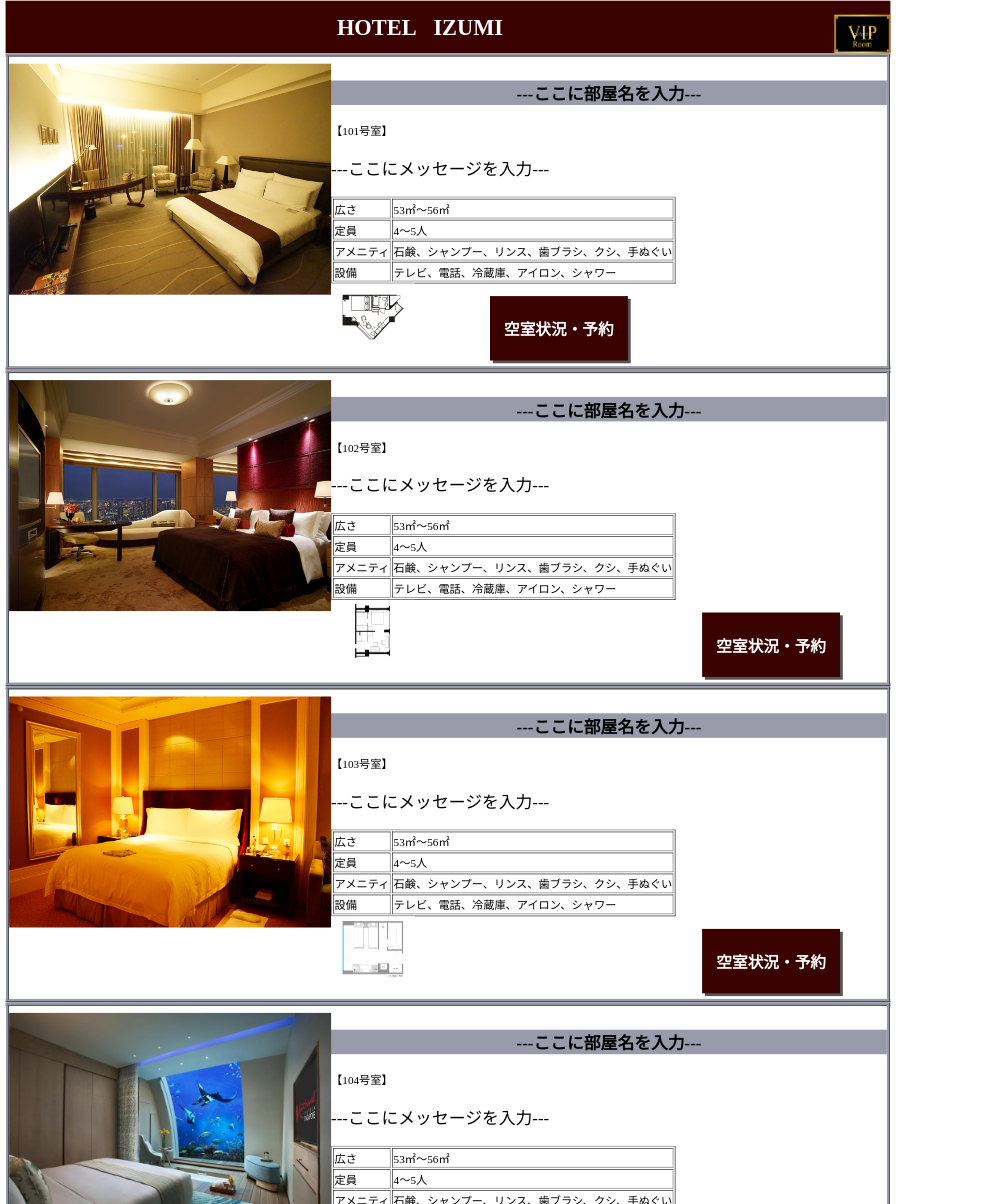
Repository: sep-dev/hotel_site
Page: http://localhost/HOTEL_IZUMI/vip
These files come from the project's save history. The page is drawn as it stood at one moment and after the next save; the edit follows.
The browser window is 1280 px wide. The page is 1413 px wide, so the pictures cover 1413 px, including what lies to the right of the window. The pictures show the part of the page from y = 0 to 1720 px (the page is 2458 px tall), at 70% of full size.
The page is served by Tomcat 9. Other server files are loaded and not shown.

Above is the page before, as saved 2016-05-26 00:37:43.

### HOTEL_IZUMI/src/main/webapp/WEB-INF/views/vip.jsp
<!DOCTYPE html>
<%@ page language="java" contentType="text/html; charset=UTF-8" pageEncoding="UTF-8"%>
<html>

<head>
<meta http-equiv="Content-type" content="text/html; charset=Shift_JIS">
<!-- <link href="<c:url value='/resources/css/style.css' />" rel="stylesheet">
<link rel="stylesheet" href="${pageContext.request.contextPath}/css/style.css"> -->
<style type="text/css"><%@include file="../css/style.css" %></style>
<title>VIPルーム</title>
</head>

<body>
<form>


<div id="header">
      <div id="header h1"><h1><a HREF="http://localhost:8080/Izumi/top" STYLE="text-decoration:none"><font color="#FFFFFF">HOTEL&nbsp;&nbsp;&nbsp;IZUMI</font></a><img id="img" src="./resources/image/vip.jpg" width="80" height="55" align="right"></h1></div>
    </div>




<div id="oneset">
<img src="./resources/image/vip1.jpg" width="460" height="330" align="left">
    <p id="name">---ここに部屋名を入力---</p>
        <p id="RoomNB">【101号室】</p>
        <p id="message">---ここにメッセージを入力---</p>
<table border="1">
<tr>
    <td>広さ</td>
    <td>53㎡～56㎡</td>
</tr>
<tr>
    <td>定員</td>
    <td>4～5人</td>
</tr>
<tr>
    <td>アメニティ</td>
    <td>石鹸、シャンプー、リンス、歯ブラシ、クシ、手ぬぐい</td>
</tr>
<tr>
    <td>設備</td>
    <td>テレビ、電話、冷蔵庫、アイロン、シャワー</td>
</tr>
</table>
<img id="img" src="./resources/image/vip1_1.jpg" width="120px" height="90px" align="left">
<br>
<button class="button2" type="submit" style="position: absolute; left: 700px;">空室状況・予約</button>
<br clear="all">
<br>
</div>

<div id="oneset">
<img src="./resources/image/vip2.jpg" width="460" height="330" align="left">
    <p id="name">---ここに部屋名を入力---</p>
        <p id="RoomNB">【102号室】</p>
        <p id="message">---ここにメッセージを入力---</p>
<table border>
<tr>
    <td>広さ</td>
    <td>53㎡～56㎡</td>
</tr>
<tr>
    <td>定員</td>
    <td>4～5人</td>
</tr>
<tr>
    <td>アメニティ</td>
    <td>石鹸、シャンプー、リンス、歯ブラシ、クシ、手ぬぐい</td>
</tr>
<tr>
    <td>設備</td>
    <td>テレビ、電話、冷蔵庫、アイロン、シャワー</td>
</tr>
</table>
<img id="img" src="./resources/image/vip2_2.jpg" width="120px" height="90px" align="left">
<br>
<button class="button2" type="submit" style="position: absolute; right: 80px;">空室状況・予約</button>
<br clear="all">
<br>
</div>

<div id="oneset">
<img src="./resources/image/vip3.jpg" width="460" height="330" align="left">
    <p id="name">---ここに部屋名を入力---</p>
        <p id="RoomNB">【103号室】</p>
        <p id="message">---ここにメッセージを入力---</p>
<table border>
<tr>
    <td>広さ</td>
    <td>53㎡～56㎡</td>
</tr>
<tr>
    <td>定員</td>
    <td>4～5人</td>
</tr>
<tr>
    <td>アメニティ</td>
    <td>石鹸、シャンプー、リンス、歯ブラシ、クシ、手ぬぐい</td>
</tr>
<tr>
    <td>設備</td>
    <td>テレビ、電話、冷蔵庫、アイロン、シャワー</td>
</tr>
</table>
<img id="img" src="./resources/image/vip3_3.jpg" width="120px" height="90px" align="left">
<br>
<button class="button2" type="submit" style="position: absolute; right: 80px;">空室状況・予約</button>
<br clear="all">
<br>
</div>

<div id="oneset">
<img src="./resources/image/vip4.jpg" width="460" height="330" align="left">
    <p id="name">---ここに部屋名を入力---</p>
        <p id="RoomNB">【104号室】</p>
        <p id="message">---ここにメッセージを入力---</p>
<table border>
<tr>
    <td>広さ</td>
    <td>53㎡～56㎡</td>
</tr>
<tr>
    <td>定員</td>
    <td>4～5人</td>
</tr>
<tr>
    <td>アメニティ</td>
    <td>石鹸、シャンプー、リンス、歯ブラシ、クシ、手ぬぐい</td>
</tr>
<tr>
    <td>設備</td>
    <td>テレビ、電話、冷蔵庫、アイロン、シャワー</td>
</tr>
</table>
<img id="img" src="./resources/image/vip4_4.jpg" width="120px" height="90px" align="left">
<br>
<button class="button2" type="submit" style="position: absolute; right: 80px;">空室状況・予約</button>
<br clear="all">
<br>
</div>

<div id="oneset">
<img src="./resources/image/vip5.jpg" width="460" height="330" align="left">
    <p id="name">---ここに部屋名を入力---</p>
        <p id="RoomNB">【105号室】</p>
        <p id="message">---ここにメッセージを入力---</p>
<table border>
<tr>
    <td>広さ</td>
    <td>53㎡～56㎡</td>
</tr>
<tr>
    <td>定員</td>
    <td>4～5人</td>
</tr>
<tr>
    <td>アメニティ</td>
    <td>石鹸、シャンプー、リンス、歯ブラシ、クシ、手ぬぐい</td>
</tr>
<tr>
    <td>設備</td>
    <td>テレビ、電話、冷蔵庫、アイロン、シャワー</td>
</tr>
</table>
<img id="img" src="./resources/image/vip5_5.jpg" width="120px" height="90px" align="left">
<br>
<button class="button2" type="submit" style="position: absolute; right: 80px;">空室状況・予約</button>
<br clear="all">
<br>
</div>

<div id="footer">
    <p id="copyright">Copyright &copy;<a href="http://hotelizumi.com">hotelizumi</a> All Rights Reserved.</p>
</div>
</form>
</body>
</html>

### HOTEL_IZUMI/src/main/webapp/WEB-INF/views/common/header.jsp
<%@ taglib uri="http://java.sun.com/jsp/jstl/core" prefix="c" %>
<%@ taglib prefix="form" uri="http://www.springframework.org/tags/form"%>
<%@page language="java" contentType="text/html; charset=UTF-8" pageEncoding="UTF-8"%>
<%@ page contentType="text/html; charset=UTF-8"%>

### HOTEL_IZUMI/src/main/webapp/WEB-INF/css/style.css
html{
    margin: 0;
    margin-top:-20px;
    padding: 0;
    width:100%;
    height:100%;
}
.top{
	display:block;
	margin-left:auto;
	margin-right:auto;
}

#contents {
    top : 0px;
    padding : 10px;
    margin : 10px;
    text-align : center;
}

#contents img{
    padding-bottom:10px;
}

#contents button {
    font-size: 1.4em;
    font-weight: bold;
    padding: 10px 30px;
    background-color: #200;
    color: #ffffff;
    border-style: none;
}

#table{
    border:0;
    background-color:#CCCCCC;
    font-size:24px;
    color:#666666;
    width:200px;
}

#table3{
    border:0;
    background-color:#CCCCCC;
    font-size:24px;
    color:#666666;
    width:200px;
}

/*--------calender----------*/
#Sunday{
    text-align:center;
    width:200;
    height:40;
    background-color:#C7D8ED;
    color:#FF3300;
    padding:15px;
}
#MonFri{
    text-align:center;
    width:200;
    background-color:#C7D8ED;
    color:#666666;
    padding:15px;
}
#Saturday{
    text-align:center;
    width:200;
    background-color:#C7D8ED;
    color:#666666;
    padding:15px;
}
#Saturday2{
    text-align:center;
    width:200;
    background-color:#A6C0E1;
    color:#666666;
}
#Sunday2{
    text-align:center;
    height:40;
    background-color:#FFCC99;
    color:#666666;
}
#Weekday{
    text-align:center;
    background-color:#FFFFFF;
    color:#666666;
    width:200;
}
#publicholiday{
    text-align:center;
    background-color:#FF3300;
    color:#FFFFFF;
}
#table2 tr td{
    border:0;
    font-size:24px;
    color:#666666;
    width:400px;
}
#float{
    float:left;
}
/* --------------------------------------*/

#header {
    top: 0px;
    left: 0px;
    height: 75px;
    margin-right: auto;
    margin-left: auto;
    text-align : center;
    background-color : #3A0101;

}
#header h1{
    padding-top: 20px;
    font-family: 'Times New Roman', Times, serif;
 	color:#ffffff;
}


#top{
    font-size: 200%;
}

#oneset{
	padding-top: 10px;
	padding-bottom: 10px;

	border-width: thick;
	border-color: #999AAA;
	border-style: ridge;
}
#name
{
    text-align: center;
	font-size: 150%;
    font-family: 'Segoe UI', Tahoma, Geneva, Verdana, sans-serif;
    font-weight: bold;
    background-color: #999AAA;
    font-family: 'Times New Roman', Times, serif;

}
#message{
	color: #000000;
    padding-left: 300px;
	font-size: 150%;

	text-align: left; margin-left: 100px; margin-right: 0px; width: 1000px;
}


/*---------入力フォーム----------*/

#reservation{

    padding-top: 20px;
    margin-bottom:50px;
    font-family: 'Times New Roman', Times, serif;
 	color:#000000;
}

#form{
    margin-top:30px

}


button.button2 {
    float:right;
    font-size: 1.4em;
    font-weight: bold;
    padding: 30px 20px;
    background-color: #3A0101;
    color: #ffffff;
    border-style: none;
    font-family: 'Times New Roman', Times, serif;
    box-shadow:4px 4px #555;
}

/*
footer ------------------------------------------------------*/

#footer {
    margin-top:30px;
    border-top:2px solid #3A1010;
    padding-top:20px;
    padding-bottom:20px;
}

#footer p{
    text-align:center;
}
#footer p a{
    text-decoration: none;
}
#footborder hr{
    border-color:#3A1010;
    border-width:1px;
}

After the next save:
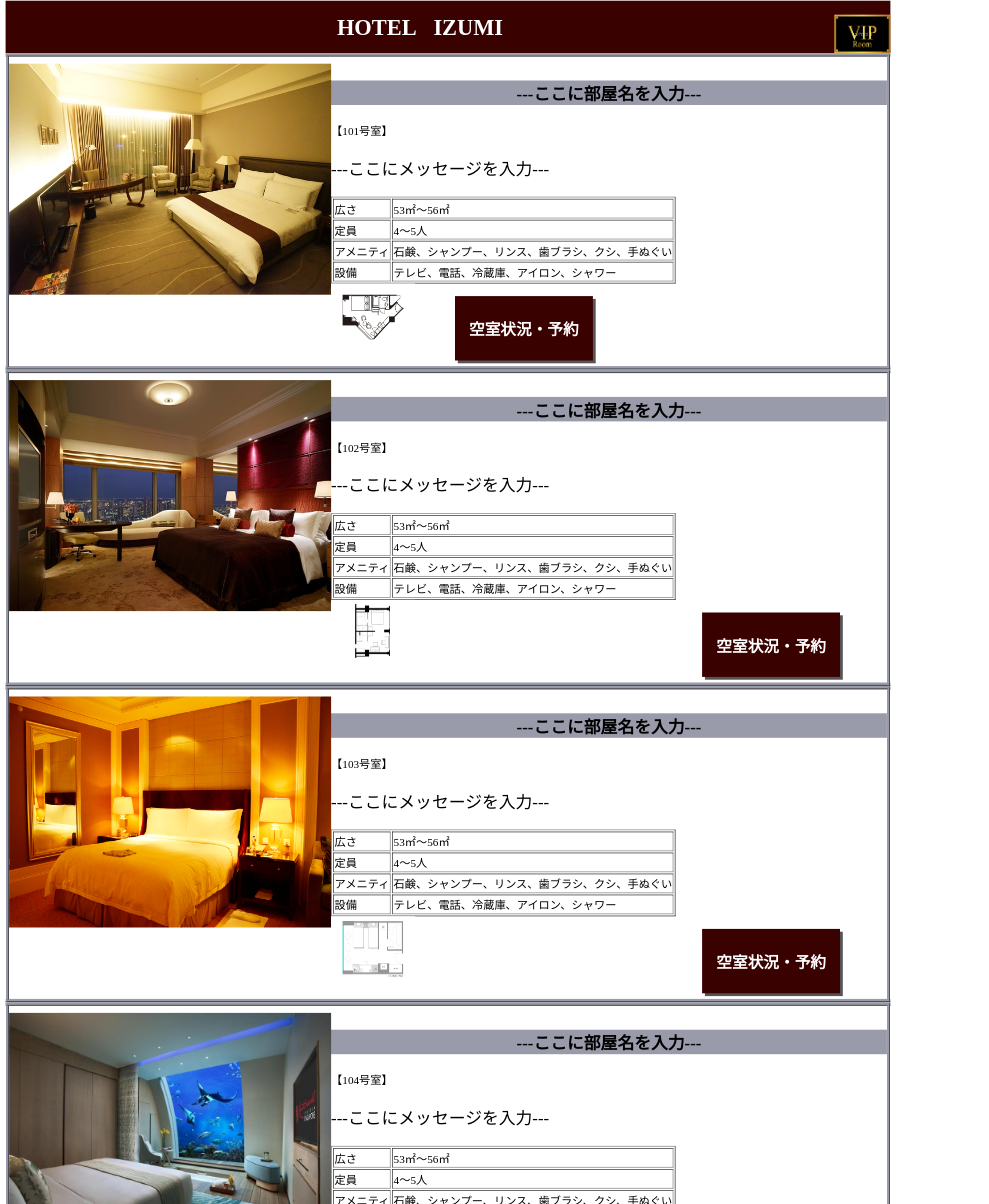
Saved 6 s later.
--- a/HOTEL_IZUMI/src/main/webapp/WEB-INF/views/vip.jsp
+++ b/HOTEL_IZUMI/src/main/webapp/WEB-INF/views/vip.jsp
@@ -46,7 +46,7 @@
 </table>
 <img id="img" src="./resources/image/vip1_1.jpg" width="120px" height="90px" align="left">
 <br>
-<button class="button2" type="submit" style="position: absolute; left: 700px;">空室状況・予約</button>
+<button class="button2" type="submit" style="position: absolute; left: 650px;">空室状況・予約</button>
 <br clear="all">
 <br>
 </div>
